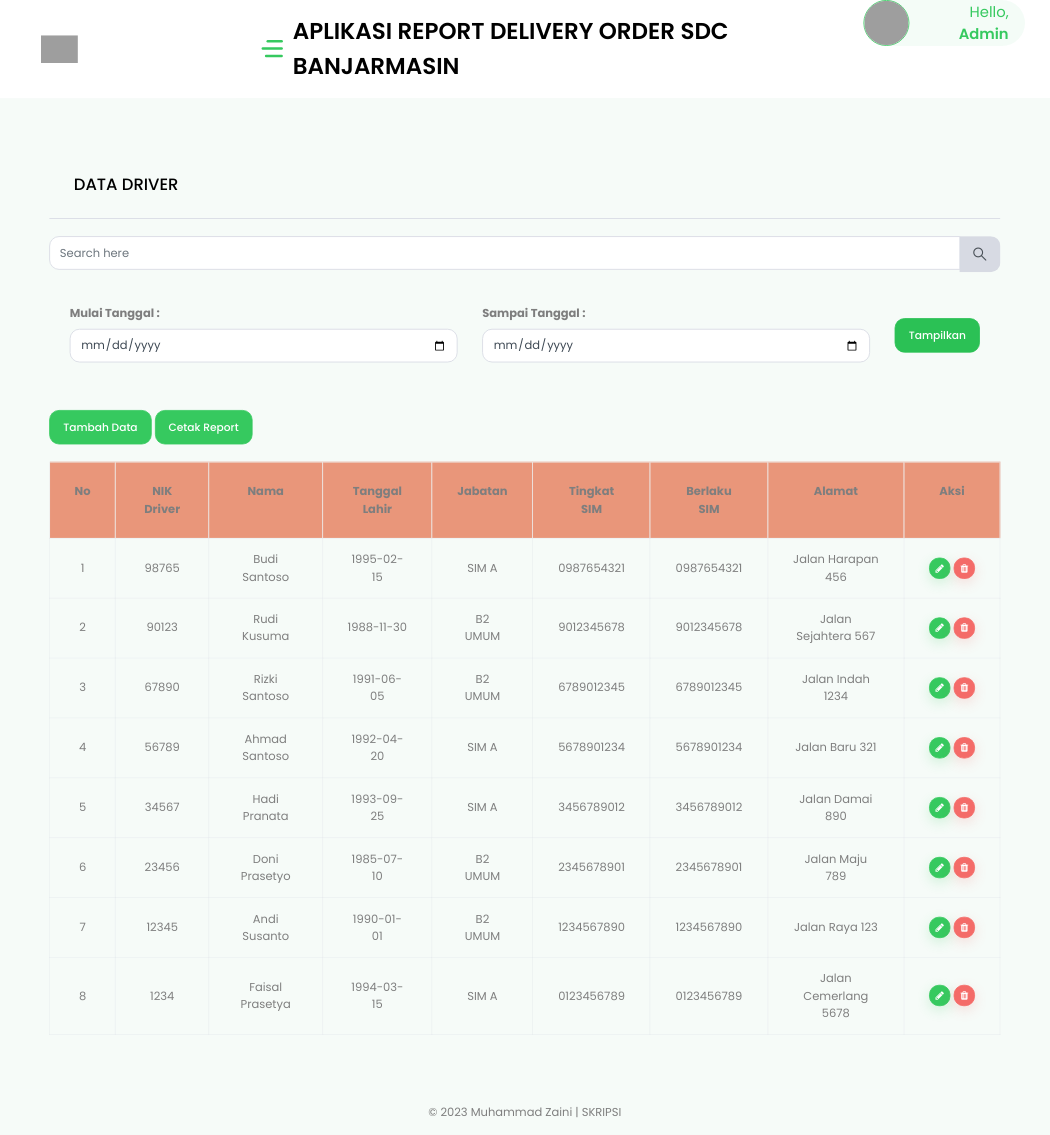
Repository: muhammadzainiy31/skripsi
Page: http://localhost/driver/index.php
The author's editor kept a copy of each file at every save. The page is drawn from the files as they stood at one save, then again after the next save.
The browser window is 1280 px wide. The pictures show the whole page, at 82% of full size.
Pictures or frames that could not be fetched are drawn as grey boxes. The page is run by PHP 8.4 with error messages shown; the project is at /var/www/html/. Other server files are loaded and not shown. The database holds what the project's SQL file puts in it.

Above is the page before, as saved 2023-07-01 21:55:34.

### driver/index.php


<!DOCTYPE html>
<html lang="en">

<head>
    <meta charset="utf-8">
    <meta http-equiv="X-UA-Compatible" content="IE=edge">
    <meta name="viewport" content="width=device-width,initial-scale=1">
    <title>APPLIKASI REPORT DELIVERY ORDER | DATA</title>
    <!-- Favicon icon -->
    <link rel="icon" type="image/png" sizes="16x16" href="../images/2.png">
    <link href="../vendor/bootstrap-select/dist/css/bootstrap-select.min.css" rel="stylesheet">
    <link href="../css/style.css" rel="stylesheet">

</head>

<body>
    <div id="preloader">
        <div class="sk-three-bounce">
            <div class="sk-child sk-bounce1"></div>
            <div class="sk-child sk-bounce2"></div>
            <div class="sk-child sk-bounce3"></div>
        </div>
    </div>

    <div id="main-wrapper">

        <?php include "../theme-header.php" ?>
        <?php include "../theme-sidebar.php" ?>

        <!--**********************************
            Content body start
        ***********************************-->
        <div class="content-body">
            <div class="container-fluid">
                <div class="card-body">
                    <div class="card-header">
                        <h4 class="card-title">DATA DRIVER</h4>
                        <br> <br>
                    </div>
                    <br>
                    <div class="input-group search-area ml-auto d-inline-flex">
                        <input type="text" class="form-control" placeholder="Search here" id="searchInput">
                        <div class="input-group-append">
                            <button type="button" class="input-group-text" onclick="searchTable()"><i class="flaticon-381-search-2"></i></button>
                        </div>
                    </div>


                    <!-- Bagian form filter -->
                    <div class="container align-items-center">
                        <form action="" method="post">
                            <div class="row">
                                <div class="col form-group">
                                    <label for="inputMulaiTanggal" class="font-weight-bold">Mulai Tanggal :</label>
                                    <input type="date" id="inputMulaiTanggal" name="mulai_tanggal" class="form-control" required>
                                </div>
                                <div class="col form-group">
                                    <label for="inputSampaiTanggal" class="font-weight-bold">Sampai Tanggal :</label>
                                    <input type="date" id="inputSampaiTanggal" name="sampai_tanggal" class="form-control" required>
                                </div>
                                <div class="col-auto form-group">
                                    <button type="submit" name="filter" class="btn btn-success mt-3">Tampilkan</button>
                                </div>
                            </div>
                        </form>
                    </div>

                    <!-- Bagian proses filter -->
                    <?php
                    // Cek apakah filter sudah di-submit
                    if (isset($_POST['filter'])) {
                        // Ambil tanggal mulai dan tanggal sampai dari form
                        $mulai_tanggal = $_POST['mulai_tanggal'];
                        $sampai_tanggal = $_POST['sampai_tanggal'];

                        // Buat query dengan kondisi filter tanggal
                        $query = "SELECT * FROM pemasukan WHERE tgl_pemasukan BETWEEN '$mulai_tanggal' AND '$sampai_tanggal'";
                        $result = mysqli_query($conn, $query);

                        // Tampilkan data sesuai hasil filter
                        if (mysqli_num_rows($result) > 0) {
                            while ($row = mysqli_fetch_assoc($result)) {
                                // Tampilkan data sesuai kebutuhan Anda
                                // ...
                            }
                        } else {
                            echo "Data tidak ditemukan.";
                        }
                    }
                    ?>
                    <br>
                    <br>
                    <a href="../driver/input.php" class="btn btn-primary">Tambah Data</a>
                    <a href="cetak.php" class="btn btn-primary">Cetak Report</a>
                    <br> <br>
                    <table class="table table-bordered" id="dataTable">
                        <tr align="center" bgcolor="#E9967A">
                            <th>No</th>
                            <th>NIK Driver</th>
                            <th>Nama</th>
                            <th>Tanggal Lahir</th>
                            <th>Jabatan</th>
                            <th>Tingkat SIM</th>
                            <th>Berlaku SIM</th>
                            <th>Alamat</th>
                            <th>Aksi</th>
                        </tr>
                        <?php
                        include '../koneksi.php';
                        $no = 1;
                        $tampil = mysqli_query($conn, "SELECT * FROM tb_driver ORDER BY nik_driver DESC");
                        if (mysqli_num_rows($tampil) > 0) {
                            while ($hasil = mysqli_fetch_array($tampil)) {

                        ?>
                                <tr align="center">
                                    <td><?php echo $no++ ?> </td>
                                    <td><?php echo $hasil['nik_driver'] ?></td>
                                    <td><?php echo $hasil['nama_driver'] ?></td>
                                    <td><?php echo $hasil['tanggal_lahir'] ?></td>
                                    <td><?php echo $hasil['jabatan'] ?> </td>
                                    <td><?php echo $hasil['sim'] ?></td>
                                    <td><?php echo $hasil['sim'] ?></td>
                                    <td><?php echo $hasil['alamat_driver'] ?></td>
                                    <td>

                                        <div class="d-flex">
                                            <a href="edit.php?nik_driver=<?php echo $hasil['nik_driver']; ?>" class="btn btn-primary shadow btn-xs sharp mr-1"><i class="fa fa-pencil"></i></a>
                                            <a href="hapus.php?nik_driver=<?php echo $hasil['nik_driver']; ?>" class="btn btn-danger shadow btn-xs sharp"><i class="fa fa-trash"></i></a>
                                        </div>
                                    </td>
                                </tr>
                            <?php }} else { ?>
                            <tr>
                                <td colspan="7" align="center">Data kosong</td>
                            </tr>
                        <?php } ?>
                    </table>
                    <br>

                </div>
            </div>
        </div>
        <!--**********************************
            Content body end
        ***********************************-->

        <?php include "../theme-footer.php" ?>

    </div>

    <!-- Required vendors -->
    <script src="../vendor/global/global.min.js"></script>
    <script src="../vendor/bootstrap-select/dist/js/bootstrap-select.min.js"></script>
    <script src="../js/custom.min.js"></script>
    <script src="../js/deznav-init.js"></script>


    <script src="../vendor/highlightjs/highlight.pack.min.js"></script>
    <!-- Circle progress -->

    <script>
        function searchTable() {
            var input, filter, table, tr, td, i, txtValue;
            input = document.getElementById("searchInput");
            filter = input.value.toUpperCase();
            table = document.getElementById("dataTable");
            tr = table.getElementsByTagName("tr");

            for (i = 0; i < tr.length; i++) {
                td = tr[i].getElementsByTagName("td")[1]; // Adjust the column index for the desired search
                if (td) {
                    txtValue = td.textContent || td.innerText;
                    if (txtValue.toUpperCase().indexOf(filter) > -1) {
                        tr[i].style.display = "";
                    } else {
                        tr[i].style.display = "none";
                    }
                }
            }
        }
    </script>

</body>

</html>

### theme-header.php
<!--**********************************
    Nav header start
***********************************-->
<div class="nav-header">
    <a href="index.html" class="brand-logo">
        <img class="logo-abbr" src="../images/2.png" alt="">
    </a>

    <div class="nav-control">
        <div class="hamburger">
            <span class="line"></span><span class="line"></span><span class="line"></span>
        </div>
    </div>
</div>

<!--**********************************
    Header start
***********************************-->
<div class="header">
    <div class="header-content">
        <nav class="navbar navbar-expand">
            <div class="collapse navbar-collapse justify-content-between">
                <div class="header-left">
                    <div class="dashboard_bar">
                        APLIKASI REPORT DELIVERY ORDER SDC BANJARMASIN
                    </div>
                </div>
                <div class="header-right">
                    <ul class="navbar-nav">
                        <li class="nav-item dropdown header-profile">
                            <a class="nav-link" href="javascript:;" role="button" data-toggle="dropdown">
                                <img src="../images/profile/12.png" width="100" alt="">
                                <div class="header-info">
                                    <span>Hello, <strong>Admin</strong></span>
                                </div>
                            </a>
                            <div class="dropdown-menu dropdown-menu-right">
                                <a href="../app-profile.html" class="dropdown-item ai-icon">
                                    <svg id="icon-user1" xmlns="http://www.w3.org/2000/svg" class="text-primary" width="18" height="18" viewBox="0 0 24 24" fill="none" stroke="currentColor" stroke-width="2" stroke-linecap="round" stroke-linejoin="round">
                                        <path d="M20 21v-2a4 4 0 0 0-4-4H8a4 4 0 0 0-4 4v2"></path>
                                        <circle cx="12" cy="7" r="4"></circle>
                                    </svg>
                                    <span class="ml-2">Profile</span>
                                </a>
                                <a href="../index.php" class="dropdown-item ai-icon">
                                    <svg id="icon-logout" xmlns="http://www.w3.org/2000/svg" class="text-danger" width="18" height="18" viewBox="0 0 24 24" fill="none" stroke="currentColor" stroke-width="2" stroke-linecap="round" stroke-linejoin="round">
                                        <path d="M9 21H5a2 2 0 0 1-2-2V5a2 2 0 0 1 2-2h4"></path>
                                        <polyline points="16 17 21 12 16 7"></polyline>
                                        <line x1="21" y1="12" x2="9" y2="12"></line>
                                    </svg>
                                    <span class="ml-2">Logout</span>
                                </a>
                            </div>
                        </li>
                    </ul>
                </div>
            </div>
        </nav>
    </div>
</div>
<!--**********************************
    Header end
***********************************-->

### theme-sidebar.php
<!--**********************************
    Sidebar start
***********************************-->
<div class="deznav">
    <div class="deznav-scroll">
        <ul class="metismenu" id="menu">
            <li>
                <a class="has-arrow ai-icon" href="javascript:void()" aria-expanded="false">
                    <i class="flaticon-381-network"></i>
                    <span class="nav-text">DATA</span>
                </a>
                <ul aria-expanded="false">
                    <li><a href="../rdo/index.php">RDO</a></li>
                    <li><a href="../surat/index.php">Surat</a></li>
                    <li><a href="../pengiriman/index.php">Pengiriman</a></li>
                    <li><a href="../customer/index.php">Customer</a></li>
                    <li><a href="../barang/index.php">Barang</a></li>
                    <li><a href="../driver/index.php">Driver</a></li>
                    <li><a href="../armada/index.php">Armada</a></li>
                </ul>
            </li>
            <li>
                <a class="has-arrow ai-icon" href="javascript:void()" aria-expanded="false">
                    <i class="flaticon-381-notepad"></i>
                    <span class="nav-text">INPUT</span>
                </a>
                <ul aria-expanded="false">
                    <li><a href="../surat/input.php">Surat</a></li>
                    <li><a href="../customer/input.php">Customer</a></li>
                    <li><a href="../barang/input.php">Barang</a></li>
                    <li><a href="../driver/input.php">Driver</a></li>
                    <li><a href="../armada/input.php">Armada</a></li>
                    <li><a href="../lap_riw_servis_mobil/input.php">Servis Armada</a></li>
                </ul>
            </li>
            <li><li>
    <a class="has-arrow ai-icon" href="javascript:void()" aria-expanded="false">
        <i class="flaticon-381-network"></i>
        <span class="nav-text">LAPORAN</span>
    </a>
    <ul aria-expanded="false">
        <li><a href="../pengiriman/index.php">Pengiriman</a></li>
        <li><a href="../lap_surat_jalan/index.php">Surat Jalan</a></li>
        <li><a href="../lap_barang_laris/index.php">Barang Terlaris</a></li>
        <li><a href="../lap_minim_barang_stok/index.php">Barang Minim stok</a></li>
        <li><a href="../lap_berlaku_sim/index.php">Berlaku SIM Driver</a></li>
        <li><a href="../lap_cust_berdasarkan_wil/index.php">Customer berdasarkan Wilayah</a></li>
        <li><a href="../lap_cust_royal/index.php">Customer Paling Royal</a></li>
        <li><a href="../lap_jarak_tempuh/index.php">Jarak Tempuh Armada</a></li>
        <li><a href="../lap_riw_pengiriman_driver/index.php">Riwayat Pengiriman Driver</a></li>
        <li><a href="../lap_riw_servis_mobil/index.php">Riwayat Servis Armada</a></li>
        <li><a href="../rekap_pengiriman_driver/index.php">Rekap Pengiriman Driver</a></li>
    </ul>
</li>

        </ul>

        <div class="deznav-footer">
            <p>&copy; Muhammad Zaini 2023 | SKRIPSI</p>
        </div>
    </div>
</div>
<!--**********************************
    Sidebar end
***********************************-->

### koneksi.php
<?php
$conn = mysqli_connect ("localhost", "root","","db_report_delivery_order");
date_default_timezone_set("Asia/Singapore");
?>

### theme-footer.php
<!-- **********************************
Footer start
*********************************** -->
<footer class="footer">
    <div class="copyright">
        <p>&copy; 2023 Muhammad Zaini | SKRIPSI</p>
    </div>
</footer>
<!-- **********************************
Footer end
*********************************** -->

### db_report_delivery_order.sql (the tables this page reads)
CREATE TABLE `tb_driver` (
  `id_driver` int(11) NOT NULL,
  `nik_driver` int(5) NOT NULL,
  `nama_driver` varchar(100) NOT NULL,
  `tanggal_lahir` date NOT NULL,
  `jabatan` varchar(100) NOT NULL,
  `sim` varchar(10) NOT NULL,
  `berlaku_sim` date NOT NULL,
  `alamat_driver` varchar(100) NOT NULL
) ENGINE=InnoDB DEFAULT CHARSET=utf8mb4 COLLATE=utf8mb4_general_ci;

INSERT INTO `tb_driver` (`id_driver`, `nik_driver`, `nama_driver`, `tanggal_lahir`, `jabatan`, `sim`, `berlaku_sim`, `alamat_driver`) VALUES
(1, 12345, 'Andi Susanto', '1990-01-01', 'B2 UMUM', '1234567890', '2023-01-01', 'Jalan Raya 123'),
(2, 98765, 'Budi Santoso', '1995-02-15', 'SIM A', '0987654321', '2023-02-15', 'Jalan Harapan 456'),
(3, 23456, 'Doni Prasetyo', '1985-07-10', 'B2 UMUM', '2345678901', '2023-07-10', 'Jalan Maju 789'),
(4, 56789, 'Ahmad Santoso', '1992-04-20', 'SIM A', '5678901234', '2023-04-20', 'Jalan Baru 321'),
(5, 90123, 'Rudi Kusuma', '1988-11-30', 'B2 UMUM', '9012345678', '2023-11-30', 'Jalan Sejahtera 567'),
(6, 34567, 'Hadi Pranata', '1993-09-25', 'SIM A', '3456789012', '2023-09-25', 'Jalan Damai 890'),
(7, 67890, 'Rizki Santoso', '1991-06-05', 'B2 UMUM', '6789012345', '2023-06-05', 'Jalan Indah 1234'),
(8, 1234, 'Faisal Prasetya', '1994-03-15', 'SIM A', '0123456789', '2023-03-15', 'Jalan Cemerlang 5678');

ALTER TABLE `tb_driver`
  ADD PRIMARY KEY (`id_driver`);

ALTER TABLE `tb_driver`
  MODIFY `id_driver` int(11) NOT NULL AUTO_INCREMENT, AUTO_INCREMENT=18;

Loaded but not shown: css/style.css (library); js/custom.min.js (library); js/deznav-init.js (common file); icons/font-awesome-old/css/font-awesome.min.css (library); icons/material-design-iconic-font/css/materialdesignicons.min.css (library); icons/themify-icons/css/themify-icons.css (common file); icons/line-awesome/css/line-awesome.min.css (library); icons/flaticon/flaticon.css (common file); icons/icomoon/icomoon.css (common file); icons/simple-line-icons/css/simple-line-icons.css (754 lines, source omitted); icons/avasta/css/style.css (547 lines, source omitted)

After the next save:
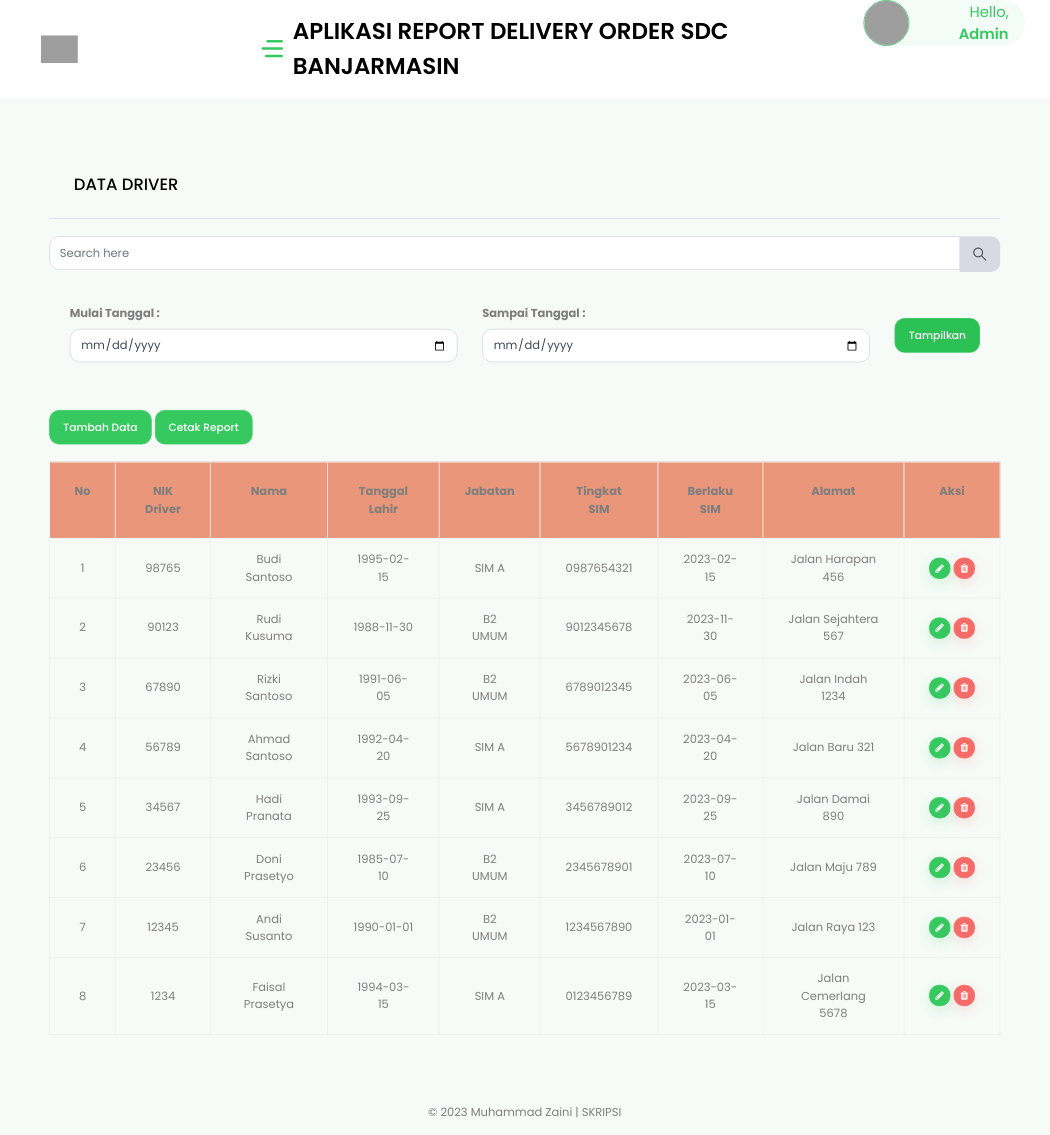
Saved 6 s later.
--- a/driver/index.php
+++ b/driver/index.php
@@ -122,7 +122,7 @@
                                     <td><?php echo $hasil['tanggal_lahir'] ?></td>
                                     <td><?php echo $hasil['jabatan'] ?> </td>
                                     <td><?php echo $hasil['sim'] ?></td>
-                                    <td><?php echo $hasil['sim'] ?></td>
+                                    <td><?php echo $hasil['berlaku_sim'] ?></td>
                                     <td><?php echo $hasil['alamat_driver'] ?></td>
                                     <td>
 
